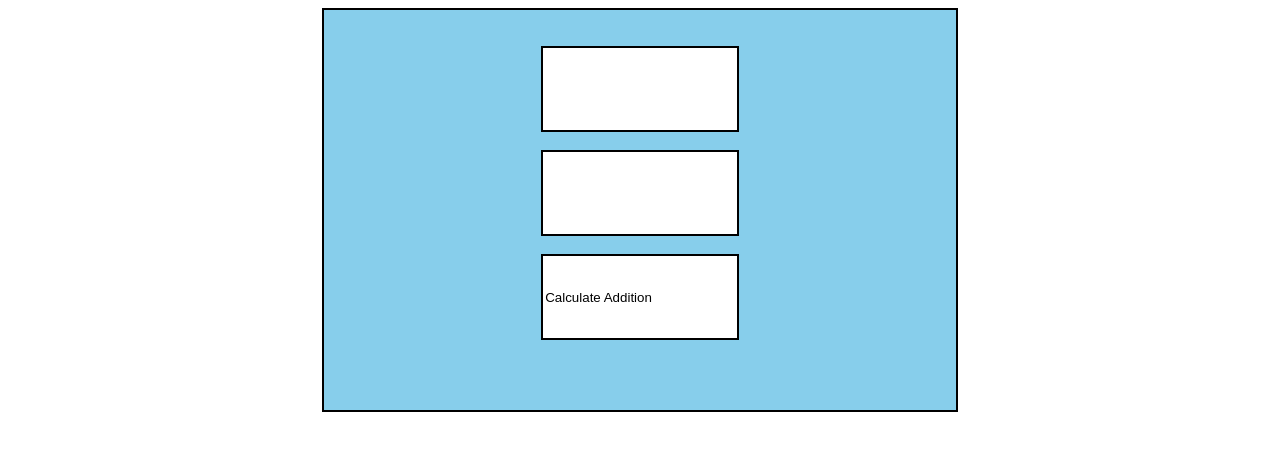
Repository: KiranNaikwadi/JSP
Page: http://localhost/Program/Add.jsp
These files come from the project's save history. The page is drawn as it stood at one moment and after the next save; the edit follows.
The browser window is 1280 px wide. The pictures show the whole page.
The page is served by Tomcat 9.

Above is the page before, as saved 2024-04-06 04:50:28.

After the next save:
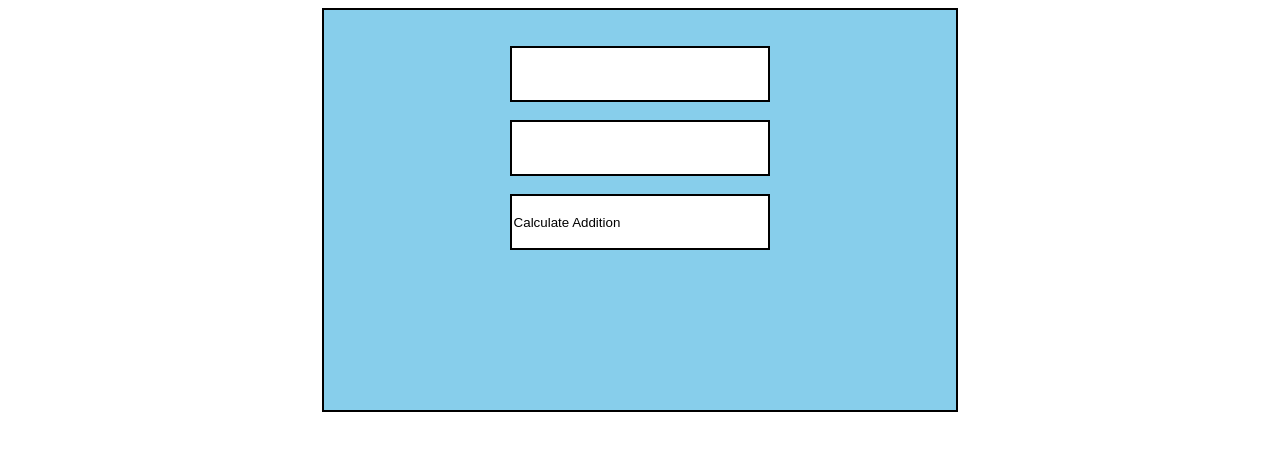
Saved 32 s later.
--- a/Program/src/main/webapp/Add.jsp
+++ b/Program/src/main/webapp/Add.jsp
@@ -7,8 +7,8 @@
 <title>Insert title here</title>
 <style>
 input{
-height:80px;
-width:30%;
+height:50px;
+width:40%;
 border: 2px solid black;
 }
 form{
